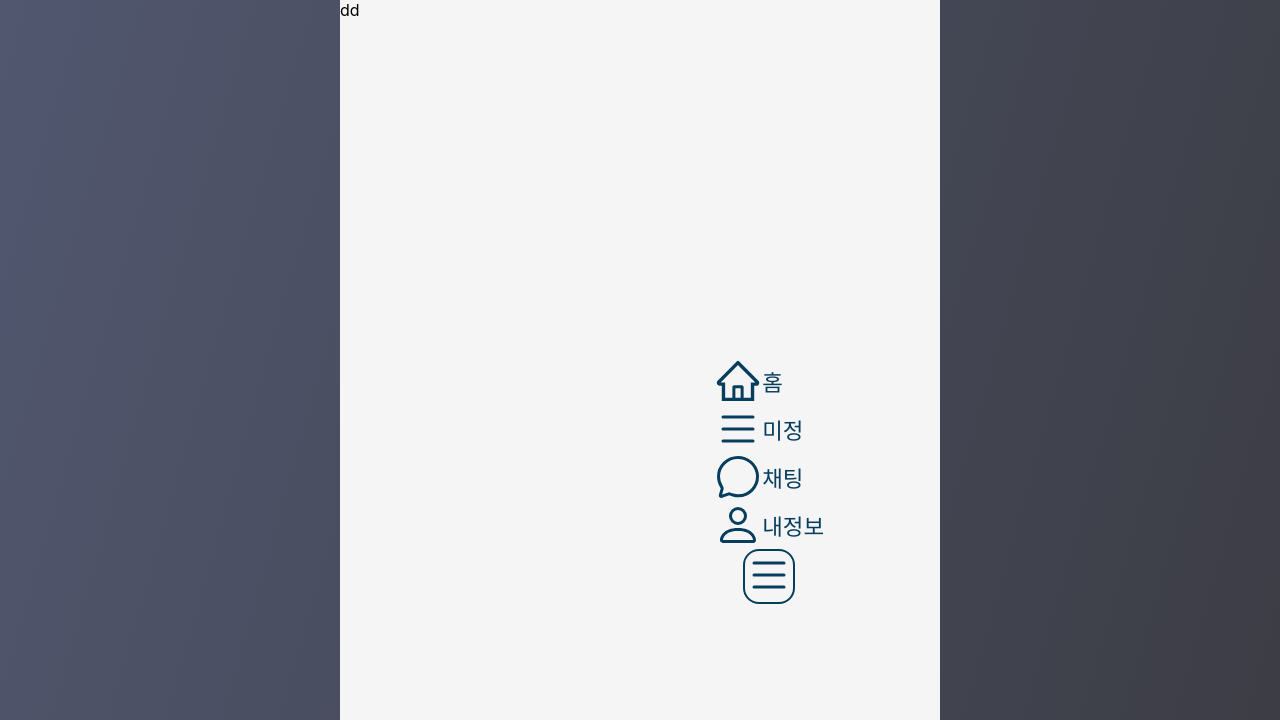
Repository: SeungYn/hanium
Page: /
An editor plug-in stored every save of this project. The page is shown before and after the next save, followed by the edit.
The browser window is 1280 px wide. The pictures show the whole page.
The project was rebuilt for these pictures with package versions that can differ from the ones it lists, and the page was loaded fresh each time. Also part of the build but not shown: src/App.css, src/components/ReadPopup/ReadPopup.module.css, src/components/ReadPopup/ReadPopup.jsx, src/pages/login/Login.jsx.

Above is the page before, as saved 2022-10-27 14:02:49.

After the next save:
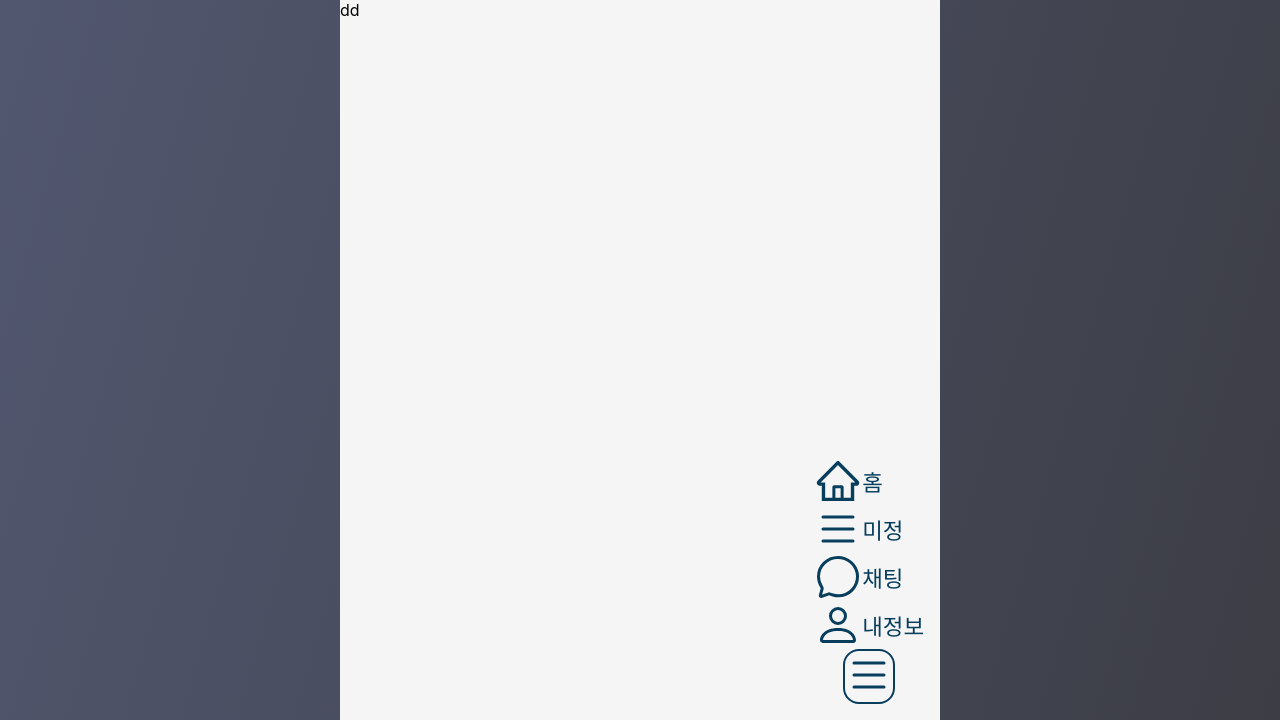
Saved 29 s later.
--- a/src/components/Navbar/Navbar.module.css
+++ b/src/components/Navbar/Navbar.module.css
@@ -4,12 +4,6 @@
   right: 1rem;
   font-size: var(--font-size-medium);
   text-align: center;
-  display: flex;
-  flex-direction: column;
-  justify-content: end;
-  margin: 100px;
-  align-items: center;
-  height: 100%;
 }
 
 .link {

After the 2 saves that followed:
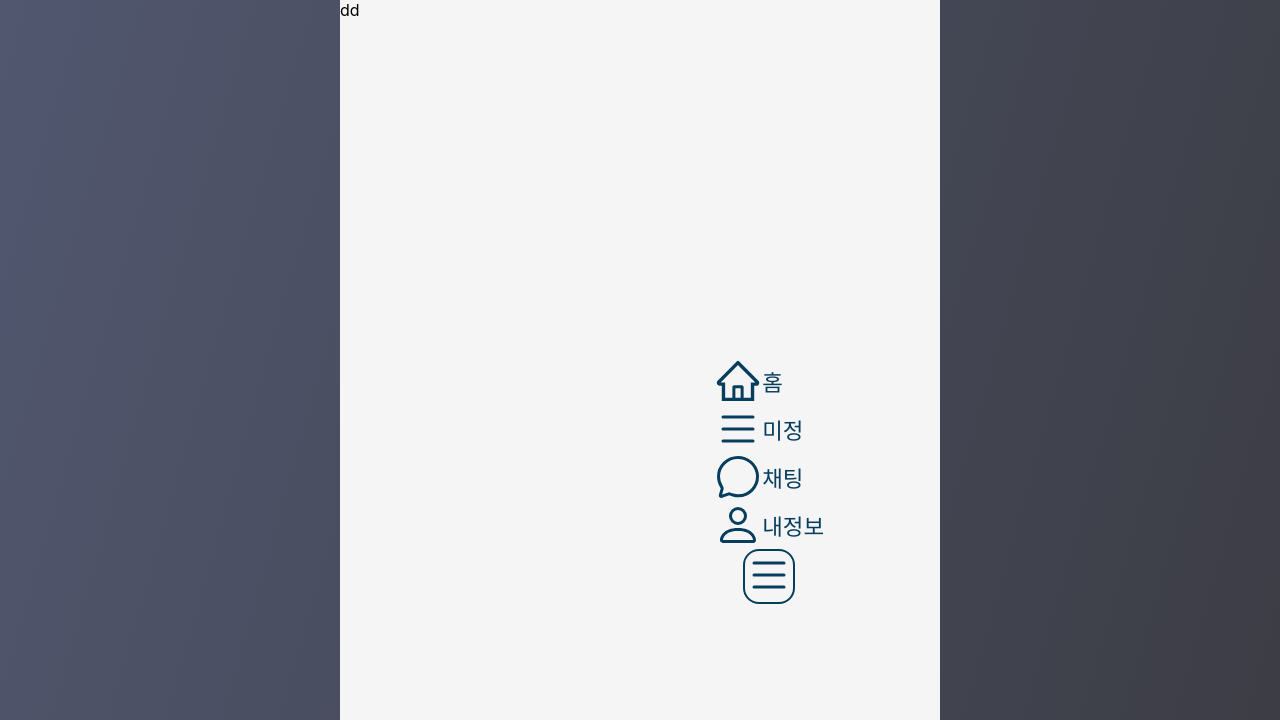
The 2 saves are shown as one change because 1 left the picture as it was.
The last was saved 30 s later.
--- a/src/components/Navbar/Navbar.module.css
+++ b/src/components/Navbar/Navbar.module.css
@@ -4,6 +4,12 @@
   right: 1rem;
   font-size: var(--font-size-medium);
   text-align: center;
+  display: flex;
+  flex-direction: column;
+  justify-content: end;
+  margin: 100px;
+  align-items: center;
+  height: 100%;
 }
 
 .link {
